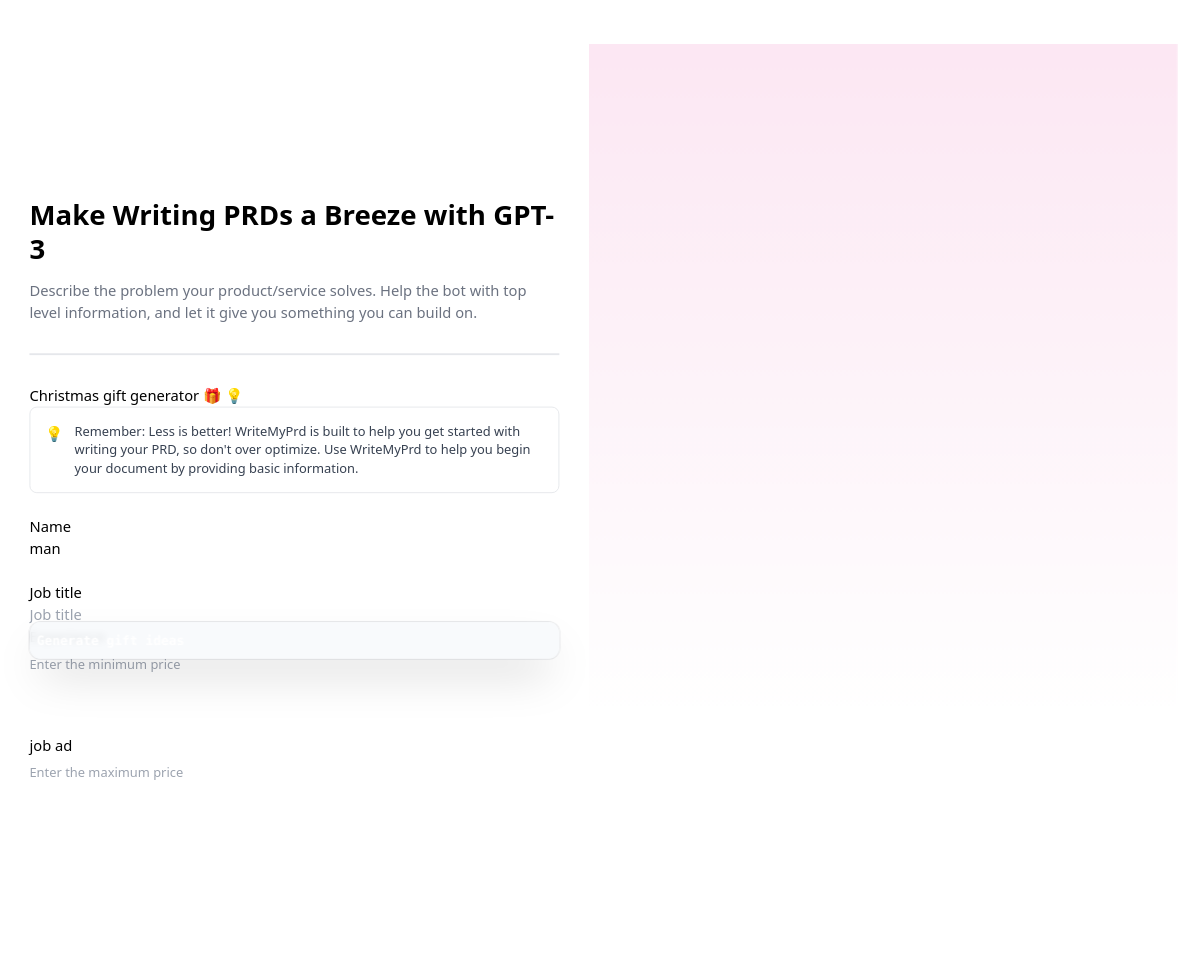
Repository: hamza-mastar/chatgpt-jpbad
Page: /
An editor plug-in stored every save of this project. The page is shown before and after the next save, followed by the edit.
The browser window is 1280 px wide. The pictures show the whole page, at 92% of full size.
The project was rebuilt for these pictures with package versions that can differ from the ones it lists, and the page was loaded fresh each time. The framework's server and built-in components were replaced by stand-ins that run in the browser.

Above is the page before, as saved 2023-01-30 04:44:40.

### pages/_app.js
import 'tailwindcss/tailwind.css'

import '../styles/globals.css'

export default function MyApp({ Component, pageProps }) {
  return <Component {...pageProps} />
}

### pages/index.js
import Head from 'next/head';
import React from 'react';
import { useState } from 'react';

import styles from './index.module.css';


// import './gifts.css'




export default function Home() {
  const [name, setName] = useState('man');
  const [job_title, setJob_title] = useState("");
  const [experience, setExperience] = useState("");
  const [job_ad, setJob_ad] = useState("");

  const [loading, setLoading] = useState(false);

  const [result, setResult] = useState('');

  async function onSubmit(event) {
    event.preventDefault();
    if (loading) {
      return;
    }
    setLoading(true);
    setResult('hamza');
    const response = await fetch('/api/generate-gifts', {
      method: 'POST',
      headers: {
        'Content-Type': 'application/json',
      },
      body: JSON.stringify({ name, job_title, experience, job_ad}),
    });
    const data = await response.json();
    setResult(data.result.replaceAll('\n', '<br />'));
    setLoading(false);
  }


  return (
    <>



    <dody class="h-full px-5 sm:px-6">
      <div class="flex relative sm:flex-col md: flex-col">

      <Head>
        <title>OpenAI Quickstart</title>
        <link rel="icon" href="/dog.png" />
      </Head>

      <main className={styles.main}>
     <div class="min-h-screen w-full lg:w-1/2 relative">
    <div class="h-full px-5 sm:px-6">
      <div class="h-full w-full max-w-xl mx-auto flex flex-col after:mt-auto after:flex-1">
        <header class="sm:flex-1 flex mb-auto sm:py-10 pt-6 items-center sm:justify-between flex-col sm:flex-row" >
          <div class="flex items-center justify-between h-24 md:h-20"> </div>

            {/* logo icone login  */}
            </header>
            <div class="flex-1 py-8">
           <div  class="mb-4" >
           <h1 class="text-3xl font-bold font-inter mb-2"> Make Writing PRDs a Breeze with GPT-3 </h1>
           <div class="text-gray-500 mt-4 mb-6"> Describe the problem your product/service solves. Help the bot with top level information, and let it give you something you can build on. </div>
           <div class="divide-y divide-gray-200 my-8 relative border"></div>





        <h3  >Christmas gift generator 🎁 💡</h3>
        <form  onSubmit={onSubmit} class="mb-12 relative">
        <div class="rounded-lg bg-white border p-4"><div class="flex"><div class="flex-shrink-0">💡</div><div class="ml-3 flex-1 md:flex md:justify-between"><p class="text-sm text-gray-700 font-medium"> Remember: Less is better! WriteMyPrd is built to help you get started with writing your PRD, so don't over optimize. Use WriteMyPrd to help you begin your document by providing basic information. </p></div></div></div>
        <div>
          <div class="py-6">
          <label >Name</label>
          <input class="form-input w-full"
            type="text"
            name="name"
            placeholder="Enter the Name"
            value={name}
            onChange={(e) => setName(e.target.value)}
          />
          </div>


          <label>Job title</label>
          <input class="form-input w-full"
            type="text"
            name="job_title"
            placeholder="Job title"
            value={job_title}
            onChange={(e) => setJob_title(e.target.value)}
          />

          <label>Experience </label>
          <textarea class="form-textarea text-sm pt-2 w-full resize-none" rows="4"
          type="textarea"
          name="experience"
          placeholder="Enter the minimum price"
          value={experience}
          onChange={(e) => setExperience(e.target.value)} >

            </textarea>

          <label> job ad</label>
          <textarea class="form-textarea text-sm pt-2 w-full resize-none" rows="4"
            type="text"
            name="job_ad"
            placeholder="Enter the maximum price"
            value={job_ad}
            onChange={(e) => setJob_ad(e.target.value)}
          ></textarea>


          <div class="sticky bottom-1 left-0 right-0 px-2 py-2 font-semibold text-sm text-slate-900 bg-slate-50/90 backdrop-blur-sm ring-1 ring-slate-900/10 space-x-4 rounded-xl shadow-2xl">
            <div class="flex gap-4 text-white text-sm font-bold font-mono leading-6 bg-stripes-indigo rounded-lg">
          <input type="submit" value="Generate gift ideas" />
          </div>
          </div>
          </div>
        </form>
        </div>
       </div>
        </div>
        </div>
          </div>

          {/* loging page ////////////////// */}

          <div class="relative lg:fixed right-0 bottom-0 lg:block lg:w-1/2 overflow-hidden sm:px-5 lg:h-full h-auto overflow-y-auto top-12">
            <div class="absolute inset-0 bg-gradient-to-b from-pink-100 to-white pointer-events-none -z-10" >
              {/* <div class="hidden md:block absolute right-0 pointer-events-none -z-10"> */}
                <div class="h-auto">
                {/* <div class="p-6 pb-0 h-[calc(100vh-6rem)]" > */}
                {/* <div class="form-textarea relative text-base w-full p-4 px-8 overflow-scroll h-[calc(100%-1rem)] shadow-2xl flex items-center justify-center" > */}
                {/* <div class="text-pink-600 font-mono text-left text-base font-semibold absolute top-4 left-4"> */}
        {loading && (
          <div>
            <h3>Looking for the best gift ideas 🎁 💡</h3>
            <img src="/loading.gif" className={styles.loading} />
          </div>



        )}
        <div class="is-typed pb-0 h-[calc(100vh-6rem)] form-textarea relative text-base w-full p-4 px-8 overflow-scroll   flex items-center justify-center "
          className={styles.result}
          dangerouslySetInnerHTML={{ __html: result }}


        />
        </div>
        </div>
        </div>
        {/* </div> */}
        {/* </div> */}
        {/* </div>
        </div> */}
      </main>
      </div>

      </dody>


    </>
  );
}
// Name Job_title Experience job_ad

### pages/index.module.css


@font-face {
  font-family: "ColfaxAI";
  src: url(https://cdn.openai.com/API/fonts/ColfaxAIRegular.woff2)
      format("woff2"),
    url(https://cdn.openai.com/API/fonts/ColfaxAIRegular.woff) format("woff");
  font-weight: normal;
  font-style: normal;
}
@font-face {
  font-family: "ColfaxAI";
  src: url(https://cdn.openai.com/API/fonts/ColfaxAIBold.woff2) format("woff2"),
    url(https://cdn.openai.com/API/fonts/ColfaxAIBold.woff) format("woff");
  font-weight: bold;
  font-style: normal;
}
/* .main,
.main input {
  font-size: 16px;
  line-height: 24px;
  color: #353740;
  font-family: "ColfaxAI", Helvetica, sans-serif;
}
.main {
  display: flex;
  flex-direction: column;
  align-items: center;
  padding-top: 60px;
}
.main .icon {
  width: 34px;
}
.main h3 {
  font-size: 32px;
  line-height: 40px;
  font-weight: bold;
  color: #202123;
  margin: 16px 0 40px;
}
.main form {
  display: flex;
  flex-direction: column;
  width: 320px;
}
.main input[type="text"] {
  padding: 12px 16px;
  border: 1px solid #10a37f;
  border-radius: 4px;
  margin-bottom: 24px;
  outline-color: #10a37f;
}
.main ::placeholder {
  color: #8e8ea0;
  opacity: 1;
}
.main input[type="submit"] {
  padding: 12px 0;
  color: #fff;
  background-color: #10a37f;
  border: none;
  border-radius: 4px;
  text-align: center;
  cursor: pointer;
}
.main .result {
  padding: 100px;
  font-weight: bold;
  margin-top: 40px;
  position:absolute;
  display: flex;
  justify-content: end;
} */

.main .loading {
  width: 50;
}

/* .main input[type="text"],
.main input[type="number"],
.main select {
  padding: 12px 16px;
  border: 1px solid #10a37f;
  border-radius: 4px;
  margin-bottom: 12px;
  margin-top: 4px;
}
.hamza {
  background-color: #10a37f;
} */






.relative {
  position: relative;
}

.nano {
  background-color: white;
  color: black;
  display: flex;
  overflow: scroll;
}

.form-textarea{
  border-width: 1px;
  --tw-border-opacity: 1;
  border-color: rgb(209 213 219 / var(--tw-border-opacity));
  --tw-bg-opacity: 1;
  background-color: rgb(255 255 255 / var(--tw-bg-opacity));
  height: 600px;
  width: 600px;
}

.texxt-base {
  font-size: 18px;
  line-height: 1.5;
  letter-spacing: -.01em;
  color: black

}
.typed {
  color: #1f2937;
  white-space: break-spaces;
  font-size: 100px;
}
@media only screen and (max-width: 600px) {
  .goho {
    width: auto;
    display: flex;
    justify-content:center ;

  }
}

Loaded but not shown: styles/globals.css (common file); tailwind.config.js (common file)

After the next save:
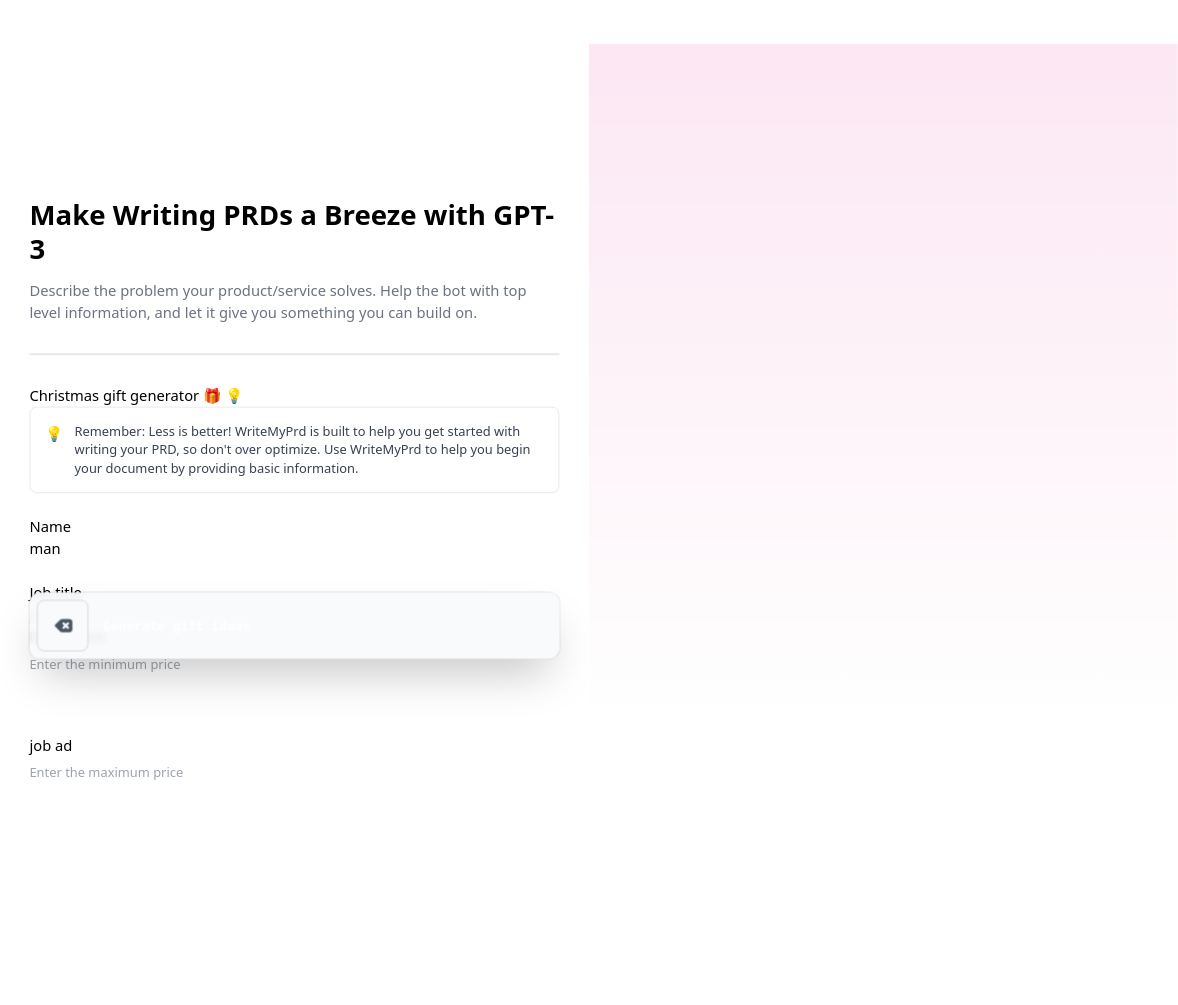
Saved 48 s later.
--- a/pages/index.js
+++ b/pages/index.js
@@ -119,6 +119,7 @@ export default function Home() {
 
           <div class="sticky bottom-1 left-0 right-0 px-2 py-2 font-semibold text-sm text-slate-900 bg-slate-50/90 backdrop-blur-sm ring-1 ring-slate-900/10 space-x-4 rounded-xl shadow-2xl">
             <div class="flex gap-4 text-white text-sm font-bold font-mono leading-6 bg-stripes-indigo rounded-lg">
+            <button id="clearAll" class="p-4 w-14 h-14 flex-none rounded-lg flex items-center justify-center bg-gray-50 border border-gray-300 text-gray-600 hover:bg-gray-100"><div tooltip="Clear All" position="top" class="w-full" data-v-47bc123b=""><svg class="w-6 h-6" fill="currentColor" viewBox="0 0 20 20" xmlns="http://www.w3.org/2000/svg"><path fill-rule="evenodd" d="M6.707 4.879A3 3 0 018.828 4H15a3 3 0 013 3v6a3 3 0 01-3 3H8.828a3 3 0 01-2.12-.879l-4.415-4.414a1 1 0 010-1.414l4.414-4.414zm4 2.414a1 1 0 00-1.414 1.414L10.586 10l-1.293 1.293a1 1 0 101.414 1.414L12 11.414l1.293 1.293a1 1 0 001.414-1.414L13.414 10l1.293-1.293a1 1 0 00-1.414-1.414L12 8.586l-1.293-1.293z" clip-rule="evenodd"></path></svg></div></button>
           <input type="submit" value="Generate gift ideas" />
           </div>
           </div>
